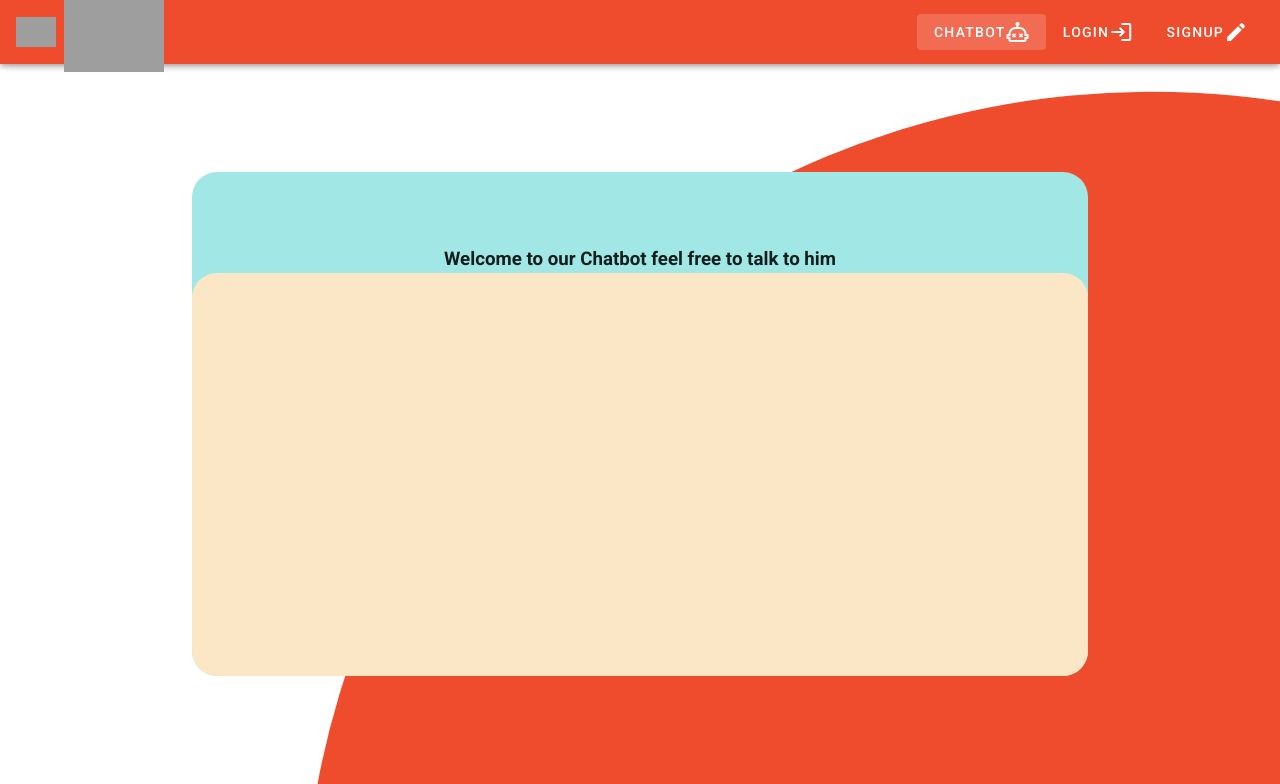
Repository: atout811/pyTorch-Hackathon
Page: /chatbot (app in frontend/)
The author's editor kept a copy of each file at every save. The page is drawn from the files as they stood at one save, then again after a run of saves.
The browser window is 1280 px wide. The pictures show the whole page.
Pictures or frames that could not be fetched are drawn as grey boxes. The project was rebuilt for these pictures with package versions that can differ from the ones it lists, and the page was loaded fresh each time. Also part of the build but not shown: frontend/vue.config.js, frontend/src/views/Home.vue.

Above is the page before, as saved 2021-10-21 14:58:50.

After the next 2 saves:
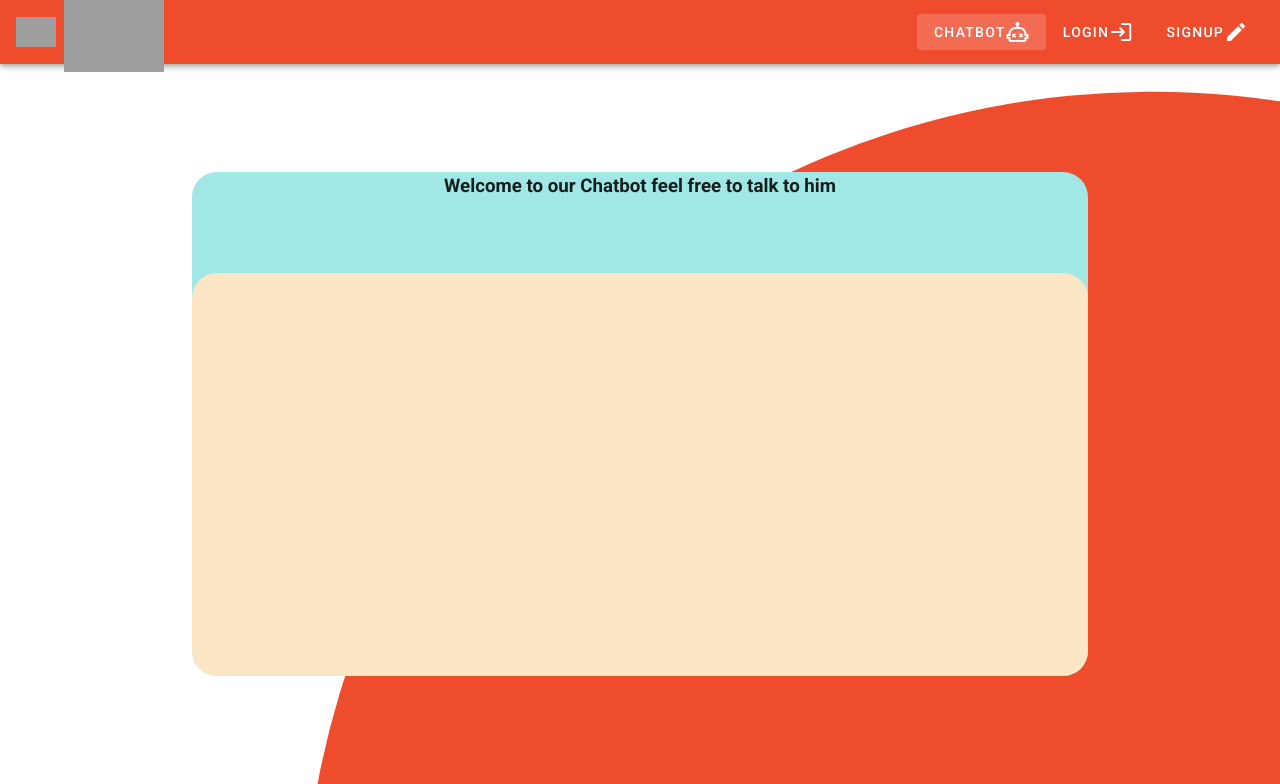
The 2 saves are shown as one change because they came seconds apart.
The last was saved 33 s later.
--- a/frontend/src/views/Chatbot.vue
+++ b/frontend/src/views/Chatbot.vue
@@ -34,7 +34,7 @@ export default {
   border-radius: 25px;
   display: flex;
   flex-direction: column;
-  justify-content: flex-end;
+  justify-content: space-between;
   align-items: center;
 }
 .chat-container {
